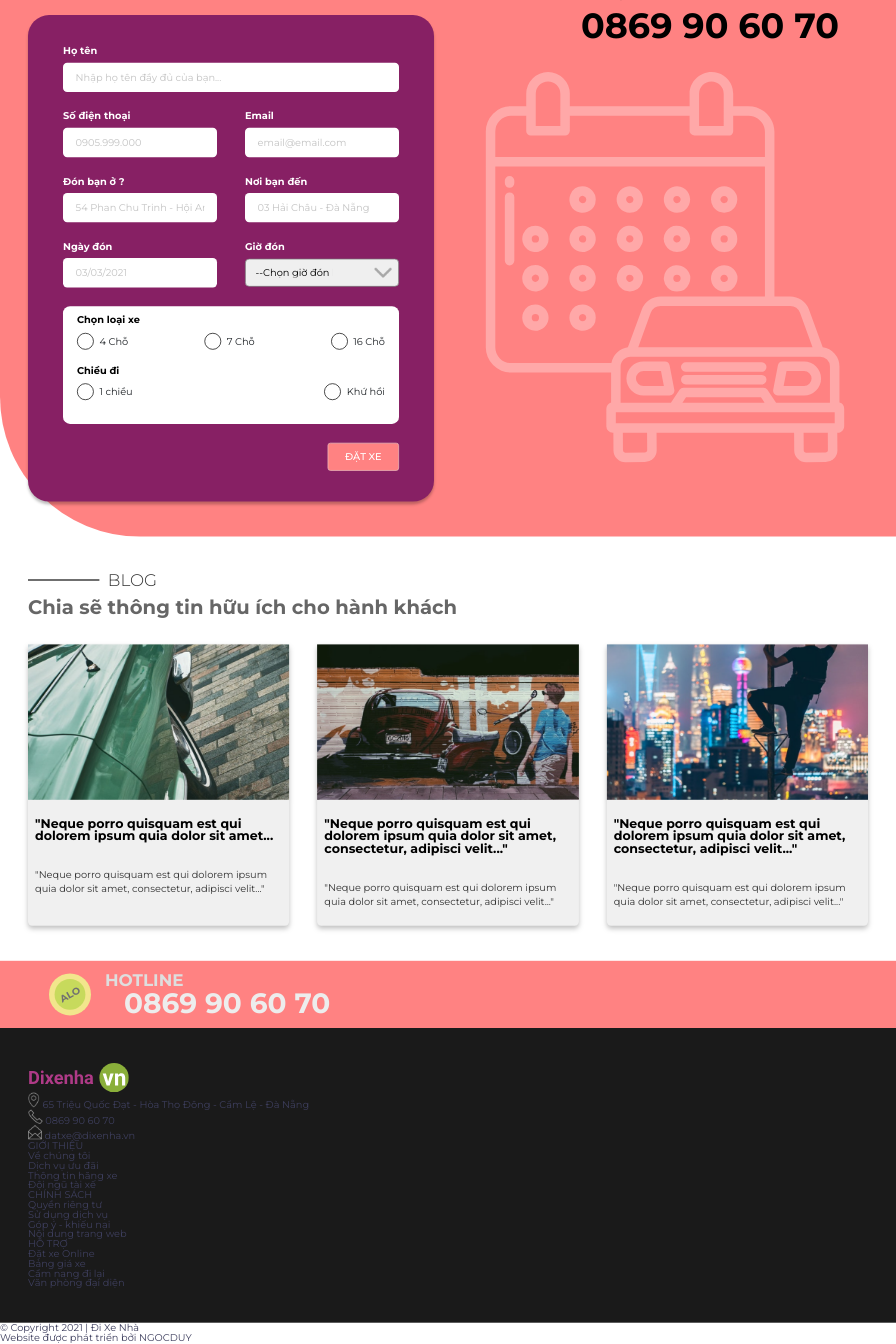
Repository: thanhthien0706/last_project--fe004
Page: lastProductF004/dist/index.html
These files come from the project's save history. The page is drawn as it stood at one moment and after the next save; the edit follows.
The browser window is 1280 px wide. The pictures show the part of the page from y = 1521 to 3441 px (the page is 3441 px tall before and 3245 px after), at 70% of full size.
Some web libraries are served in a nearby version. The style sheet was rebuilt from its Sass, Less or Tailwind sources for each picture, by a compiler version that may differ from the author's.

Above is the page before, as saved 2021-09-17 00:08:59.

After the next save:
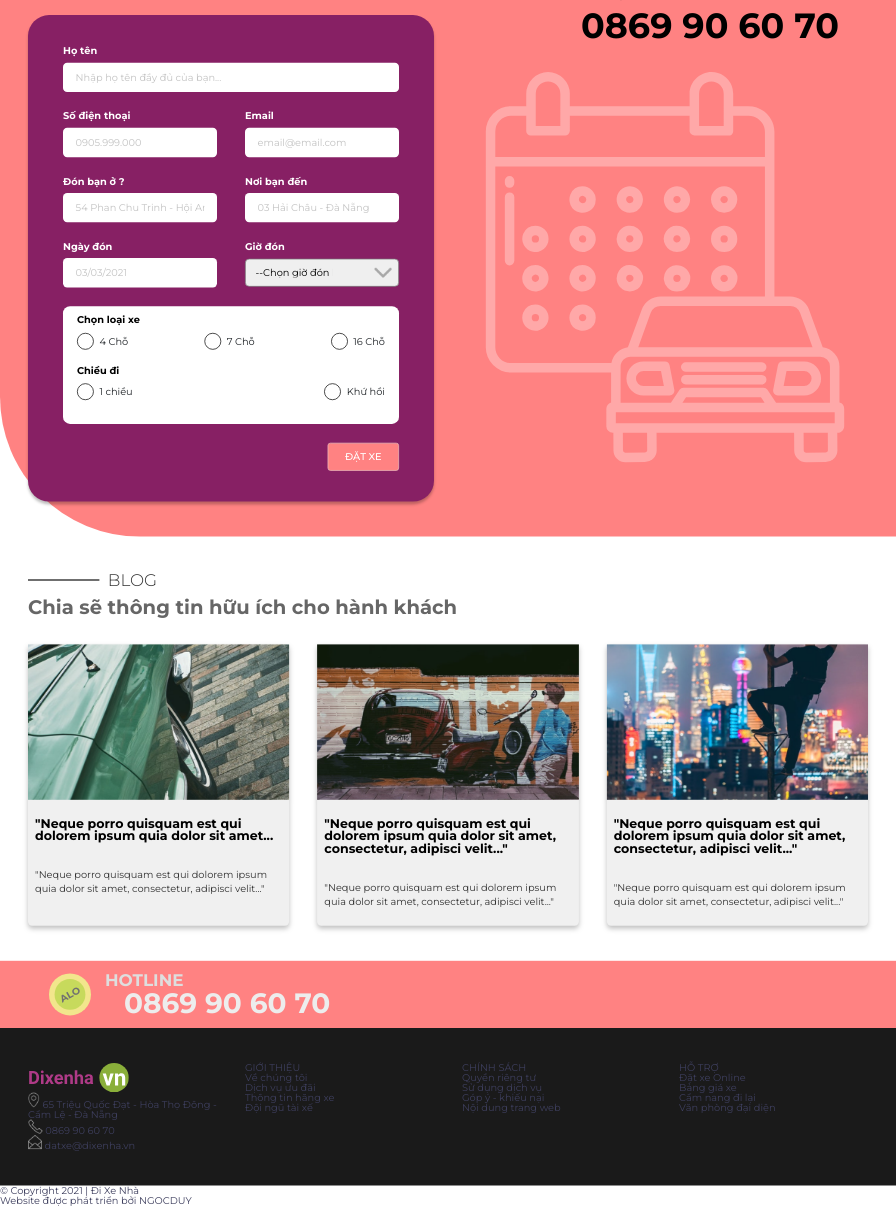
Saved 87 s later.
--- a/lastProductF004/src/styles/layout/_footer.scss
+++ b/lastProductF004/src/styles/layout/_footer.scss
@@ -1,4 +1,15 @@
 .main_footer{
     padding: 50px 0;
     background-color: #1A1A1A;
+    .box_grid{
+        display: flex;
+        flex-direction: row;
+        margin-left: -20px;
+        margin-right: -20px;
+        .item_grid{
+            width: 25%;
+            padding-left: 20px;
+            padding-right: 20px;
+        }
+    }
 }
